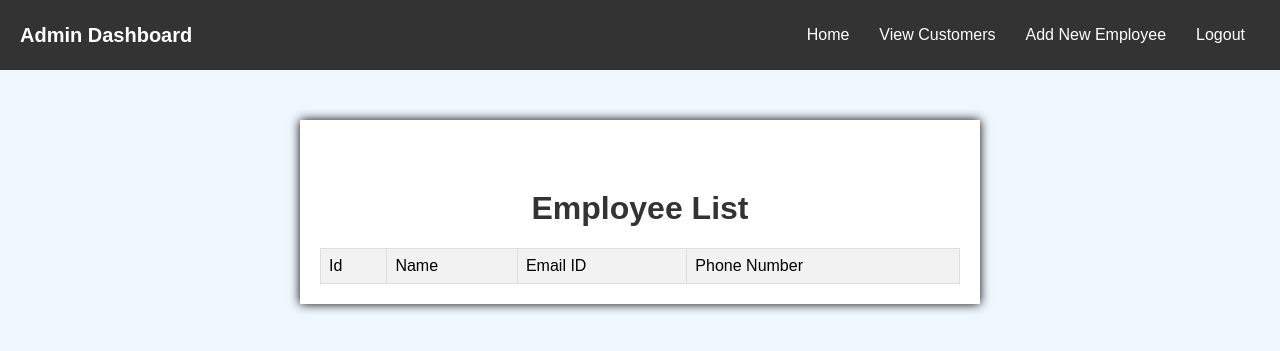
Repository: brijeshparmar2054/javaproject
Page: http://localhost/admin/viewcustomer
The author's editor kept a copy of each file at every save. The page is drawn from the files as they stood at one save, then again after the next save.
The browser window is 1280 px wide. The pictures show the whole page.
The page is this project's Thymeleaf template; nobody is signed in. The template is opened directly, without the code that normally fills it, so the values that code supplies are empty.

Above is the page before, as saved 2024-06-22 06:02:31.

After the next save:
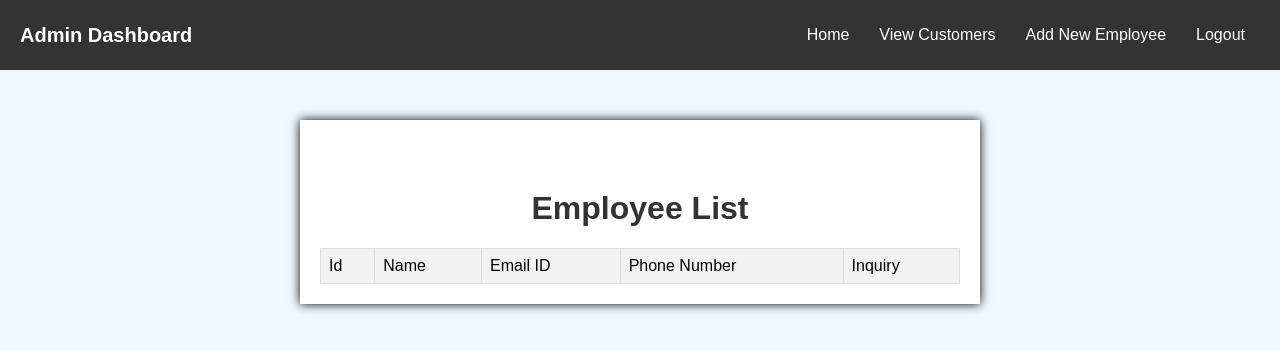
Saved 12 s later.
--- a/cma/web-project/src/main/resources/templates/admin/viewcustomer.html
+++ b/cma/web-project/src/main/resources/templates/admin/viewcustomer.html
@@ -30,6 +30,7 @@
 	    			<td>Name</td>
 	    			<td>Email ID</td>
 	    			<td>Phone Number</td>
+	    			<td>Inquiry</td>
 	    		</tr>
     		</thead>
     		<tbody>
